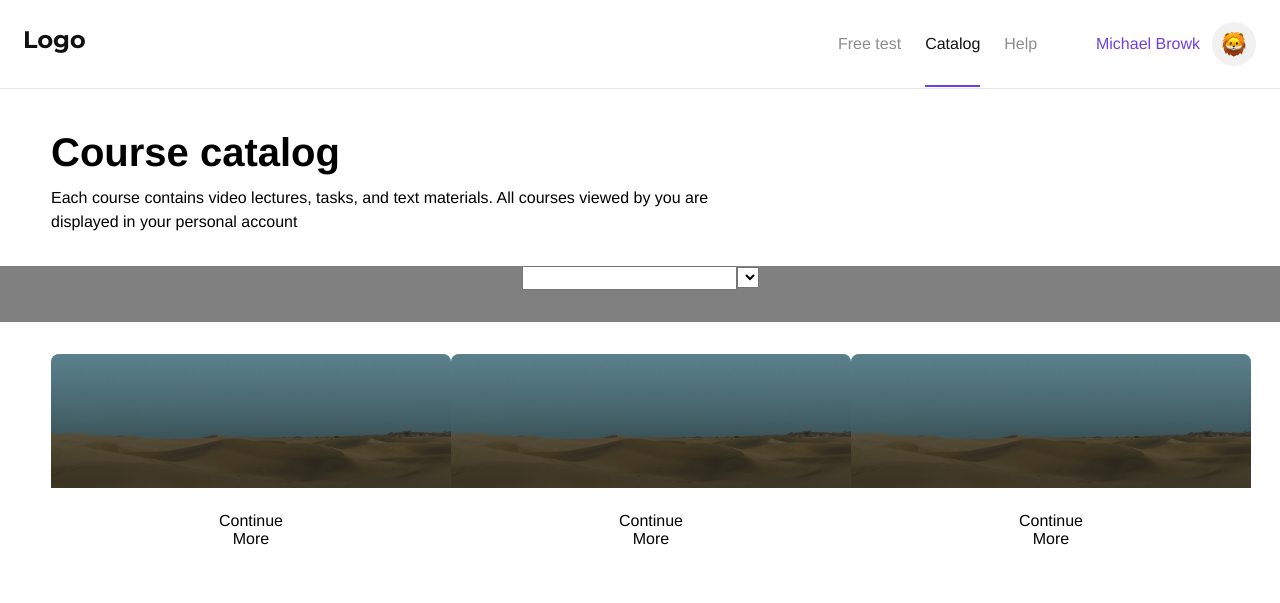
Repository: skydevil1604/vue-test-app
Page: /#/main-page
The author's editor kept a copy of each file at every save. The page is drawn from the files as they stood at one save, then again after the next save.
The browser window is 1280 px wide. The pictures show the whole page.
The project was rebuilt for these pictures with package versions that can differ from the ones it lists, and the page was loaded fresh each time. Also part of the build but not shown: src/components/Tabs.vue, src/components/Tab.vue, src/components/Login.vue, src/components/Registration.vue, src/components/AuthenticationForm.vue.

Above is the page before, as saved 2020-04-06 20:39:07.

### public/index.html
<!DOCTYPE html>
<html lang="en">
  <head>
    <meta charset="utf-8">
    <meta http-equiv="X-UA-Compatible" content="IE=edge">
    <meta name="viewport" content="width=device-width,initial-scale=1.0">
    <link rel="icon" href="<%= BASE_URL %>favicon.ico">
    <link rel="stylesheet" href="../src/assets/normalize.css">
    <title><%= htmlWebpackPlugin.options.title %></title>
  </head>
  <body style="margin:0 auto;">
    <noscript>
      <strong>We're sorry but <%= htmlWebpackPlugin.options.title %> doesn't work properly without JavaScript enabled. Please enable it to continue.</strong>
    </noscript>
    <div id="app"></div>
    <!-- built files will be auto injected -->
  </body>
</html>

### src/main.js
import Vue from 'vue'
import App from './App.vue'
import VueRouter from 'vue-router'
import router from './router';

Vue.config.productionTip = false;
Vue.use(VueRouter)

new Vue({
  render: h => h(App),
  router
}).$mount('#app');

### src/App.vue
<template>
  <div id="app">
    <router-view>
      <AuthenticationForm />
    </router-view>
  </div>
</template>

<script>
import AuthenticationForm from './components/AuthenticationForm';

export default {
  name: 'App',
  components: {
    AuthenticationForm
  }
}
</script>

<style>
#app {
  font-family: Avenir, Helvetica, Arial, sans-serif;
  -webkit-font-smoothing: antialiased;
  -moz-osx-font-smoothing: grayscale;
  text-align: center;
  display: flex;
  height: 100vh;
}
</style>

### src/router/index.js
import Vue                        from 'vue';
import VueRouter                     from 'vue-router';
import MainPageComponent          from '@/components/MainPage';
import AuthenticationForm         from '@/components/AuthenticationForm';

Vue.use(VueRouter);

const router = new VueRouter({
    routes: [

      {
        path: '/main-page',
        name: 'mainPage',
        component: MainPageComponent,
      },
      {
        path: '/',
        name: 'authenticationForm',
        component: AuthenticationForm,
      },
    ]
  });

export default router;

### src/components/MainPage.vue
<template>
    <div class="main-page">
        <header class="header">
            <a class="logo" href="#">
                <img src="../assets/logo.png" alt="logo">
            </a>
            <nav class="navigation">
                <ul class="navigation__list">
                    <li class="navigation__item">
                        <a class="navigation__link" href="#">Free test</a>
                    </li>
                    <li class="navigation__item">
                        <a class="navigation__link navigation__link--active" href="#">Catalog</a>
                    </li>
                    <li class="navigation__item">
                        <a class="navigation__link" href="#">Help</a>
                    </li>
                </ul>
                <div class="navigation__profile">
                    <span class="navigation__user-name">Michael Browk</span>
                    <img class="navigation__user-photo" src="../assets/Lion.png" alt="">
                </div>
            </nav>
        </header>

        <section class="info">
            <h1 class="info__heading">Course catalog</h1>
            <p class="info__description">
                Each course contains video lectures, tasks, and text materials. All courses viewed by you are displayed in your personal account
            </p>
        </section>

        <section class="main-filter">
            <input type="search" name="search" id="search">
            <select name="" id=""></select>
        </section>

        <section class="main-content">
            <div class="post">
                <div class="post__header">
                </div>
                <div class="post__title"></div>
                <div class="post__info"></div>
                <div class="post__button-wrapper">
                    <div class="post__button post__button--main">Continue</div>
                    <div class="post__button post__button--secondary">More</div>
                </div>
            </div>
            <div class="post">
                <div class="post__header"></div>
                <div class="post__title"></div>
                <div class="post__info"></div>
                <div class="post__button-wrapper">
                    <div class="post__button post__button--main">Continue</div>
                    <div class="post__button post__button--secondary">More</div>
                </div>
            </div>
            <div class="post">
                <div class="post__header"></div>
                <div class="post__title"></div>
                <div class="post__info"></div>
                <div class="post__button-wrapper">
                    <div class="post__button post__button--main">Continue</div>
                    <div class="post__button post__button--secondary">More</div>
                </div>
            </div>
        </section>
    </div>
</template>

<script>

export default {
    name: 'MainPageComponent',
}
</script>

<style lang="scss">
    .main-page {
        max-width: 1366px;
        width: 100%;
        margin: 0 auto;
    }

    .header {
        padding-top: 22px;
        padding-bottom: 22px;
        padding-left: 24px;
        padding-right: 24px;
        display: flex;
        justify-content: space-between;
        align-items: center;
        box-shadow: 0px 1px 0px rgba(17, 17, 17, 0.1);
    }

    .navigation {
        display: flex;
        align-items: center;
        width: 418px;
        justify-content: space-between;

            &__list {
                list-style: none;
                display: flex;
                padding: 0;
                margin: 0;

                  &:last-child {
                    margin-right: 0;
                }
            }

            &__item {
                margin-right: 24px;
                font-size: 16px;
                color: rgba(17, 17, 17, 0.48);

                    &:hover {
                        color: #111111;
                    }
            }

            &__link {
                text-decoration: none;
                font-style: normal;
                font-weight: normal;
                font-size: inherit;
                color: inherit;
                line-height: 24px;
                padding-bottom: 35px;
                    &--active {
                        border-top-width: 6px;
                        color: #111111;
                        box-shadow: inset 0px -2px 0px #6E41E2;
                    }
            }

            &__profile {
                display: flex;
                align-items: center;
                justify-content: space-between;
            }

            &__user-name {
                font-style: normal;
                font-weight: normal;
                font-size: 16px;
                line-height: 24px;
                color: #6E41E2;
                margin-right: 12px;
            }
    }

    .info {
        text-align: left;
        padding-top: 40px;
        padding-left: 51px;
        padding-bottom: 32px;
        max-width: 724px;

            &__heading {
                font-style: normal;
                font-weight: bold;
                font-size: 40px;
                line-height: 48px;
                margin:0;
                margin-bottom: 10px;
            }

            &__description {
                font-style: normal;
                font-weight: normal;
                font-size: 16px;
                line-height: 24px;
                margin:0;
            }
    }

    .main-filter {
        height: 56px;
        background-color: grey;
        padding-left: 51px;
        padding-right: 51px;
    }

    .main-content {
        padding-left: 51px;
        padding-right: 51px;
        display: flex;
        justify-content: space-between;
        padding-top: 32px;
    }

    .post {
        min-width: 400px;
        height: 347px;
        border-radius: 8px;

            &__header {
                height: 134px;
                border-top-right-radius: 8px;
                border-top-left-radius: 8px;
                position: relative;
                margin-bottom: 24px;
                background-image: url('../assets/first-post-image.jpg');

                    &::before {
                        content: '';
                        position: absolute;
                        top: 0;
                        left: 0;
                        right: 0;
                        bottom: 0;
                        background: linear-gradient(180deg, rgba(17, 17, 17, 0.4) 0%, rgba(17, 17, 17, 0.72) 93.75%);
                        z-index: 1;
                        border-top-right-radius: 8px;
                        border-top-left-radius: 8px;
                    }
            }
    }


</style>

Loaded but not shown: src/assets/normalize.css (library)

After the next save:
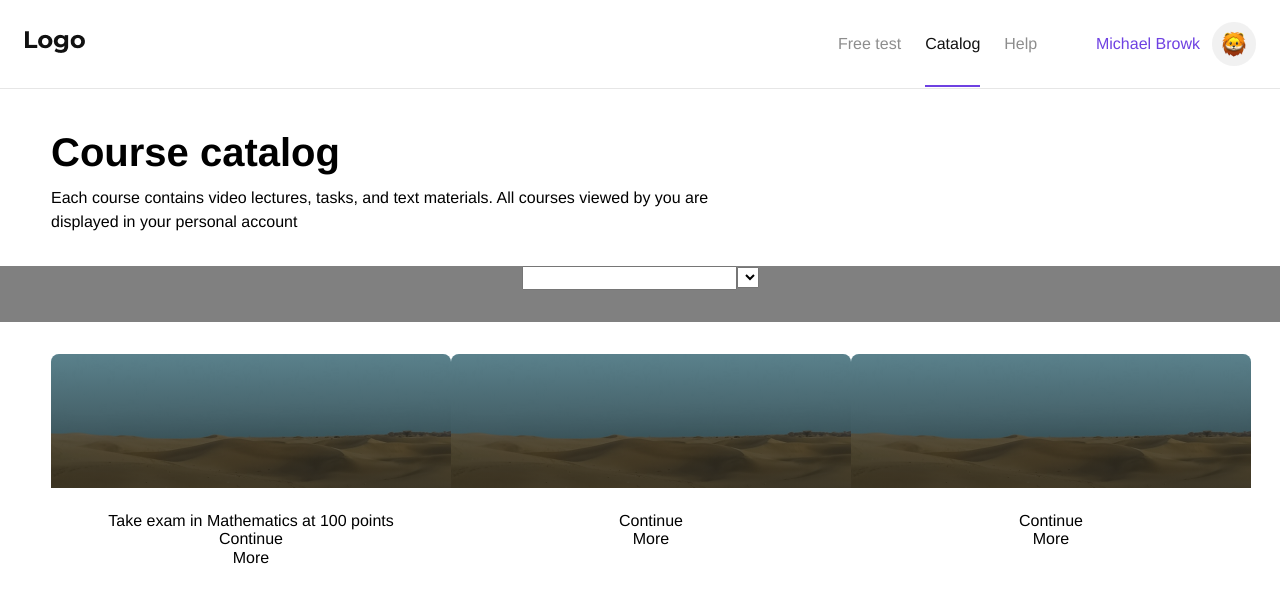
Saved 75 s later.
--- a/src/components/MainPage.vue
+++ b/src/components/MainPage.vue
@@ -37,9 +37,8 @@
 
         <section class="main-content">
             <div class="post">
-                <div class="post__header">
-                </div>
-                <div class="post__title"></div>
+                <div class="post__header"></div>
+                <div class="post__title">Take exam in Mathematics at 100 points</div>
                 <div class="post__info"></div>
                 <div class="post__button-wrapper">
                     <div class="post__button post__button--main">Continue</div>
